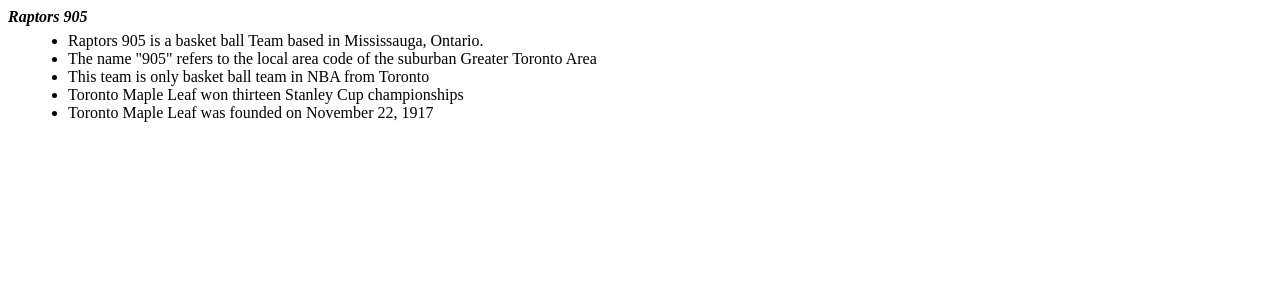
Repository: devanshudave1901/DevanshuDave_Sec002_ICE-05
Page: InfoFiles/raptorsTeam.html
These files come from the project's save history. The page is drawn as it stood at one moment and after the next save; the edit follows.
The browser window is 1280 px wide. The pictures show the whole page.

Above is the page before, as saved 2022-03-20 21:27:53.

### InfoFiles/raptorsTeam.html
<!DOCTYPE html>
<html>
<head>
<meta charset="utf-8">
<title>
</title>
</head>
<body>
<div>
<b><i>Raptors 905</i></b><ul style="margin: 6px 0px 6px 20px; text-indent: 0pt;"> <li>Raptors 905 is a basket ball Team based in Mississauga, Ontario.
<li > The name "905" refers to the local area code of the suburban Greater Toronto Area</li
><li > This team is only basket ball team in NBA from Toronto</li>
<li>Toronto Maple Leaf won  thirteen Stanley Cup championships</li>
<li>Toronto Maple Leaf was founded on November 22, 1917</li>
</div>
</body>
</html>

After the next save:
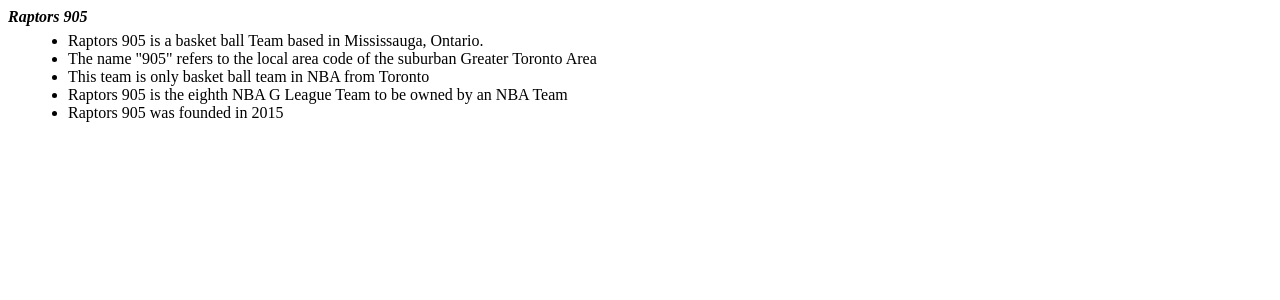
Saved 117 s later.
--- a/InfoFiles/raptorsTeam.html
+++ b/InfoFiles/raptorsTeam.html
@@ -10,8 +10,8 @@
 <b><i>Raptors 905</i></b><ul style="margin: 6px 0px 6px 20px; text-indent: 0pt;"> <li>Raptors 905 is a basket ball Team based in Mississauga, Ontario.
 <li > The name "905" refers to the local area code of the suburban Greater Toronto Area</li
 ><li > This team is only basket ball team in NBA from Toronto</li>
-<li>Toronto Maple Leaf won  thirteen Stanley Cup championships</li>
-<li>Toronto Maple Leaf was founded on November 22, 1917</li>
+<li>Raptors 905 is the eighth NBA G League Team to be owned by an NBA Team </li>
+<li>Raptors 905 was founded in 2015</li>
 </div>
 </body>
 </html>
